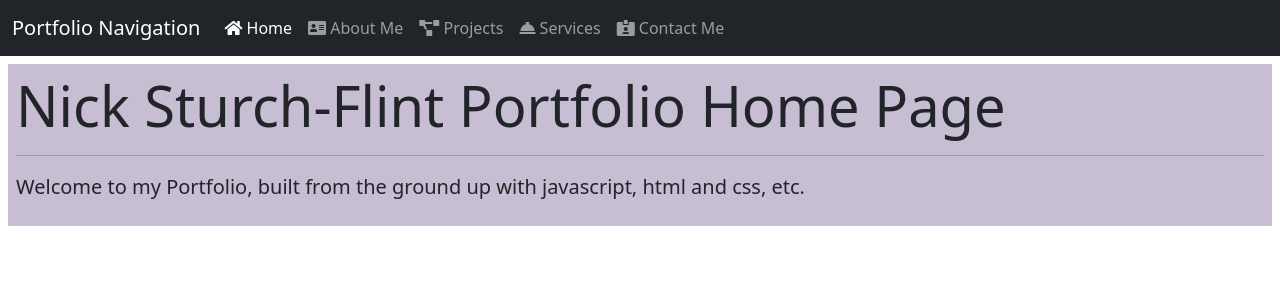
Repository: GarlicButterBoy/Portfolio
Page: index.html
The author's editor kept a copy of each file at every save. The page is drawn from the files as they stood at one save, then again after a run of saves.
The browser window is 1280 px wide. The page is 1284 px wide, so the pictures cover 1284 px, including what lies to the right of the window. The pictures show the whole page.

Above is the page before, as saved 2021-05-31 12:00:18.

### index.html
<!DOCTYPE html>
<html lang="en">
<head>
    <meta charset="UTF-8">
    <meta http-equiv="X-UA-Compatible" content="IE=edge">
    <meta name="viewport" content="width=device-width, initial-scale=1.0">
    <title>Nick Sturch-Flint Portfolio</title>
    <link rel="stylesheet" href="./node_modules/bootstrap/dist/css/bootstrap.min.css">
    <link rel="stylesheet" href="./node_modules/@fortawesome/fontawesome-free/css/all.min.css">
    <link rel="stylesheet" href="./Content/app.css">
</head>
<body>
  <!-- Main Navigation -->
    <nav class="navbar navbar-expand-lg navbar-dark bg-dark">
        <div class="container-fluid">
          <a class="navbar-brand" href="#">Portfolio Navigation</a>
          <button class="navbar-toggler" type="button" data-bs-toggle="collapse" data-bs-target="#navbarNavAltMarkup" aria-controls="navbarNavAltMarkup" aria-expanded="false" aria-label="Toggle navigation">
            <span class="navbar-toggler-icon"></span>
          </button>
          <div class="collapse navbar-collapse" id="navbarNavAltMarkup">
            <div class="navbar-nav mr-auto">
              <a class="nav-link active" aria-current="page" href="#"><i class="fas fa-home"></i> Home</a>
              <a class="nav-link" href="#"><i class="fas fa-address-card"></i> About Me</a>
              <a class="nav-link" href="#"><i class="fas fa-project-diagram"></i> Projects</a>
              <a class="nav-link" href="#"><i class="fas fa-concierge-bell"></i> Services</a>
              <a class="nav-link" href="#"><i class="fas fa-id-card-alt"></i> Contact Me</a>
            </div>
          </div>
        </div>
      </nav>
      <!-- End of Main Navigation -->

      <div class="containrer p-2">
        <div class="row">
          <div class="col">
            <main class="jumbotron p-2">
              <h1 class="display-4" id="heading1">Hello, world!</h1><hr/>
              <p class="lead">Welcome to my Portfolio, built from the ground up with javascript, html and css, etc.</p>
            </main>
          </div>
        </div>
      </div>


      <!-- Third Party Libraries -->
      <script src="./node_modules/jquery/dist/jquery.min.js"></script>
      <script src="./node_modules/bootstrap/dist/js/bootstrap.min.js"></script>
    <script src="./Scripts/app.js"></script>
</body>
</html>

### Content/app.css
.jumbotron {
    background-color: #c7bed3;
  }

### Scripts/app.js
//IIFE - Immediately Invoked Function Expression
// OR - Anonymous Self Executing Function
(function()
{



    function Start()
    {
        console.log("App Started");

        let firstHeading = document.getElementById("heading1");
        firstHeading.textContent = "Nick Sturch-Flint Portfolio Home Page";
        //document.getElementById("heading1").textContent = "Nick Sturch-Flint Portfolio Home Page";

        firstHeading.style.fon;
    }

    window.addEventListener("load", Start);
})();

Loaded but not shown: node_modules/bootstrap/dist/css/bootstrap.min.css (library); node_modules/@fortawesome/fontawesome-free/css/all.min.css (library); node_modules/jquery/dist/jquery.min.js (library); node_modules/bootstrap/dist/js/bootstrap.min.js (library)

After the next 2 saves:
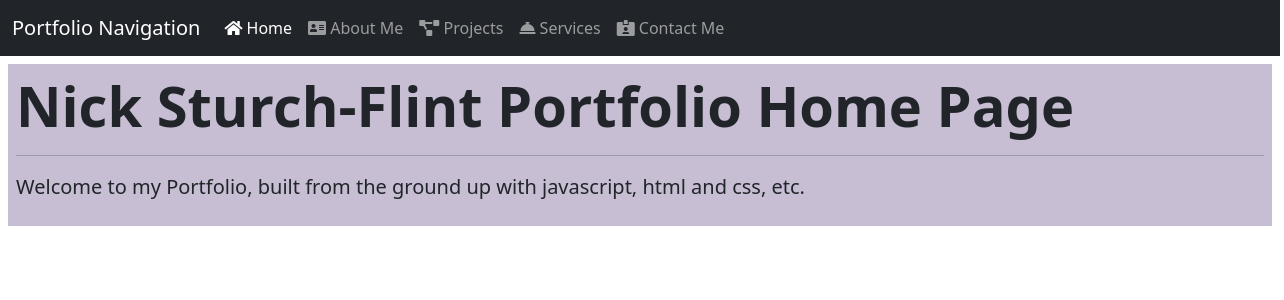
The 2 saves are shown as one change because they came seconds apart.
The last was saved 6 s later.
--- a/Scripts/app.js
+++ b/Scripts/app.js
@@ -13,7 +13,7 @@
         firstHeading.textContent = "Nick Sturch-Flint Portfolio Home Page";
         //document.getElementById("heading1").textContent = "Nick Sturch-Flint Portfolio Home Page";
 
-        firstHeading.style.fon;
+        firstHeading.style.fontWeight = "bold";
     }
 
     window.addEventListener("load", Start);
